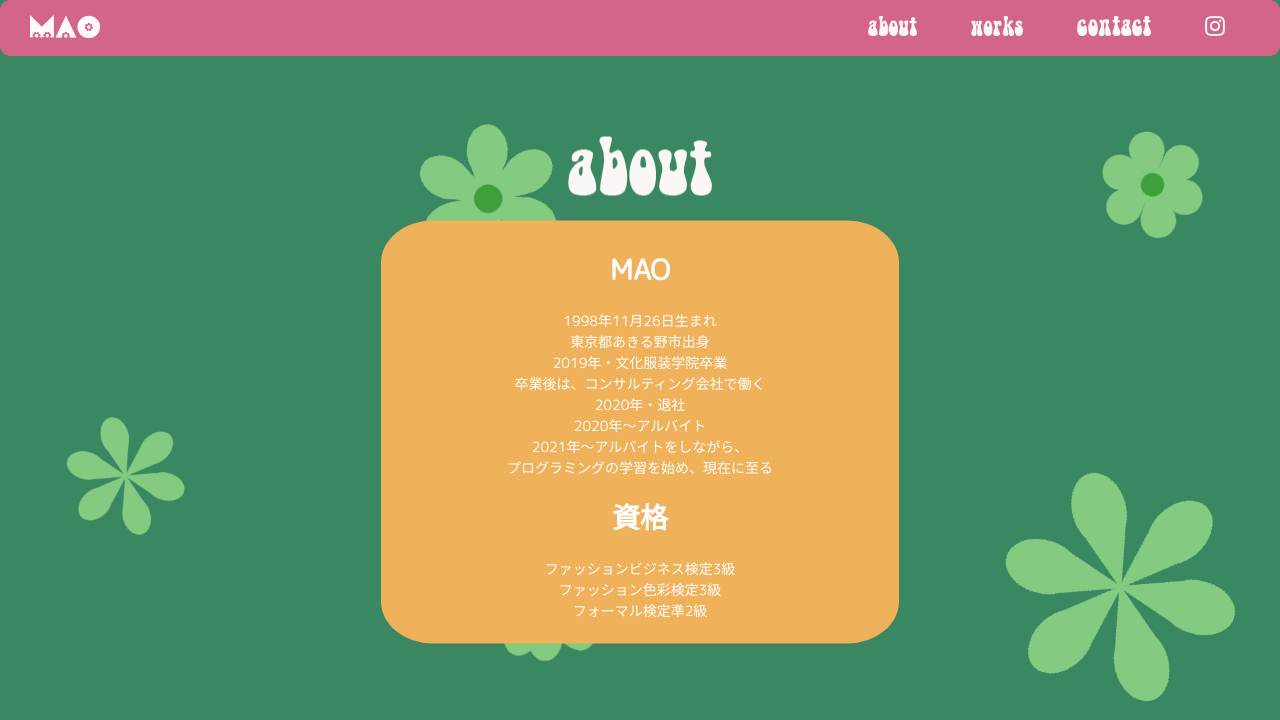
Repository: HarashimaMao/portfolio
Page: about.html
The author's editor kept a record of every edit. The page is drawn from the files as they stood at one moment, then again after the next edit.
The browser window is 1280 px wide. The pictures show the whole page.

Above is the page before.

After the next edit:
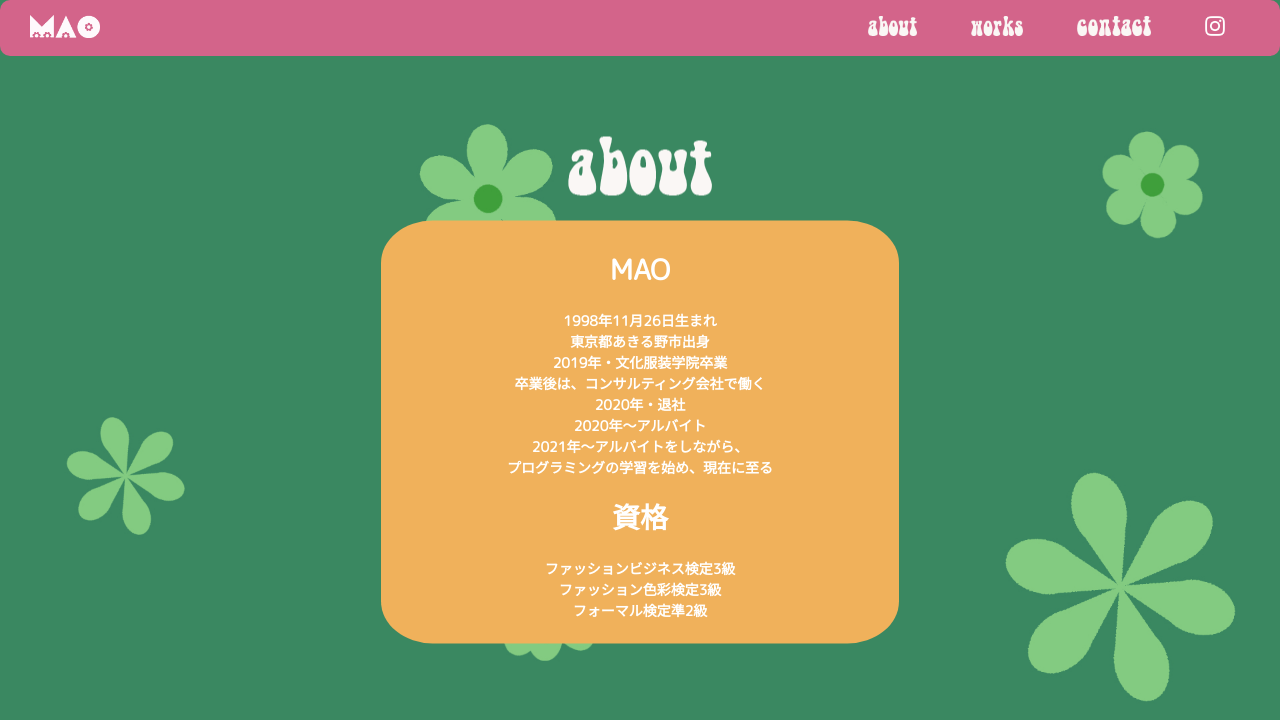
The edit:
--- a/about.html
+++ b/about.html
@@ -37,6 +37,7 @@
           }
 
           .main {
+              font-weight: 700;
               color: #FFF;
               font-family: "M PLUS Rounded 1c";
               text-align: center;
